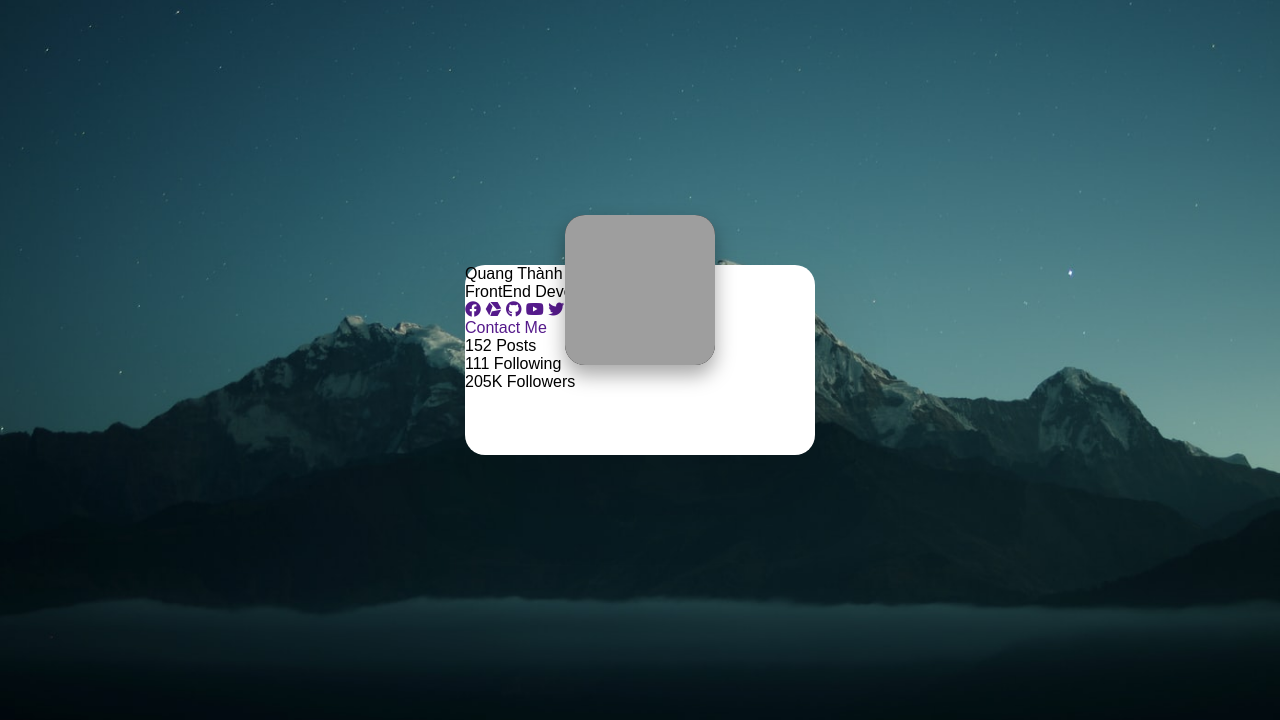
Repository: QuangThanh152/Profile-me
Page: index.html
The author's editor kept a copy of each file at every save. The page is drawn from the files as they stood at one save, then again after the next save.
The browser window is 1280 px wide. The pictures show the whole page.
Pictures or frames that could not be fetched are drawn as grey boxes.

Above is the page before, as saved 2022-10-07 15:04:40.

### index.html
<!DOCTYPE html>
<html lang="en">
<head>
    <meta charset="UTF-8">
    <meta http-equiv="X-UA-Compatible" content="IE=edge">
    <meta name="viewport" content="width=device-width, initial-scale=1.0">
    <link rel="stylesheet" href="./accets/font/fontawesome-free-6.1.2-web/css/all.min.css">
    <link rel="stylesheet" href="./accets/main.css">
    <title>Profile-QT</title>
</head>
<body>
    <div class="card">
        <div class="card-header">
            <img src="./accets/img/IMG_20220202_135645.jpg" alt="" class="img-me">
        </div>
        <div class="name">Quang Thành</div>
        <div class="desc">FrontEnd Developer</div>
        <div class="SocialNetwork">
            <a href="" class="icon"><i class="fa-brands fa-facebook"></i></a>
            <a href="" class="icon"><i class="fa-brands fa-instalod"></i></i></a>
            <a href="" class="icon"><i class="fa-brands fa-github"></i></i></a>
            <a href="" class="icon"><i class="fa-brands fa-youtube"></i></i></a>
            <a href="" class="icon"><i class="fa-brands fa-twitter"></i></i></a>
        </div>
        <a href="" class="btn-contact">Contact Me</a>
        <div class="card-footer">
            <div class="number">
                <div class="item">
                    <span>152</span>
                    Posts
                </div>
            </div>
            <div class="number">
                <div class="item">
                    <span>111</span>
                    Following
                </div>
            </div>
            <div class="number">
                <div class="item">
                    <span>205K</span>
                    Followers
                </div>
            </div>
        </div>
    </div>
</body>
</html>

### accets/main.css
* {
    padding: 0;
    margin: 0;
    box-sizing: border-box;
    font-family: 'Poppins', sans-serif;
    text-decoration: none;
}

body {
    min-height: 100vh;
    background: url(/accets/img/img-big.jpg) no-repeat center;
    background-size: cover;
    display: flex;
    justify-content: center;
    align-items: center;
}

.card {
    position: relative;
    width: 350px;
    height: 190px;
    /* height: 500px; */
    border-radius: 20px;
    background: #fff;
    transition: 0.2s linear;
    box-shadow: 0 35px 80px rgba(0,0,0,0.15);
}
.card:hover {
    height: 500px;
}
.card-header {
    position: absolute;
    background: rgb(21, 19, 19);
    left: 50%;
    top: -50px;
    transform: translateX(-50%);
    width: 150px;
    height: 150px;
    border-radius: 20px;
    box-shadow: 0 10px 20px rgba(0,0,0,0.35);
    overflow: hidden;
}
.card:hover .card-header {
    width: 250px;
    height: 250px;
}
.img-me {
    position: absolute;
    top: 0;
    left: 0;
    width: 100%;
    height: 100%;
    object-fit: cover;
}

Loaded but not shown: accets/font/fontawesome-free-6.1.2-web/css/all.min.css (library)

After the next save:
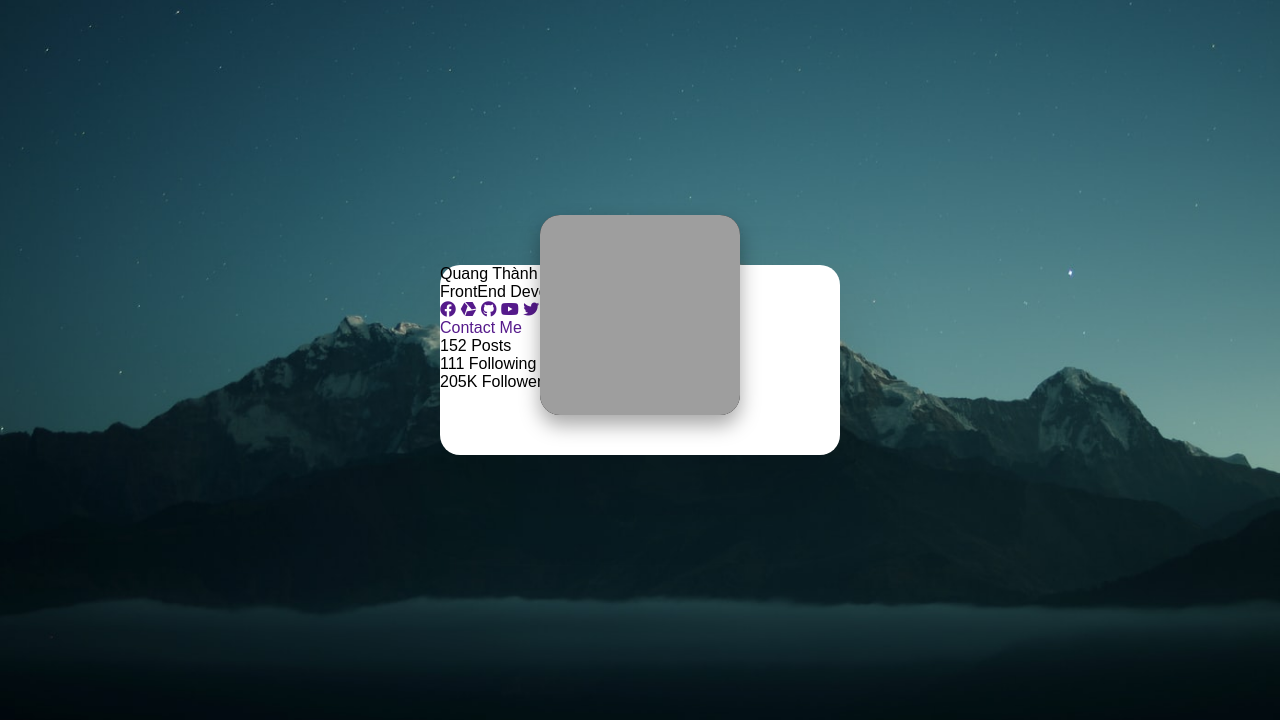
Saved 23 s later.
--- a/accets/main.css
+++ b/accets/main.css
@@ -17,7 +17,7 @@ body {
 
 .card {
     position: relative;
-    width: 350px;
+    width: 400px;
     height: 190px;
     /* height: 500px; */
     border-radius: 20px;
@@ -34,8 +34,8 @@ body {
     left: 50%;
     top: -50px;
     transform: translateX(-50%);
-    width: 150px;
-    height: 150px;
+    width: 200px;
+    height: 200px;
     border-radius: 20px;
     box-shadow: 0 10px 20px rgba(0,0,0,0.35);
     overflow: hidden;
